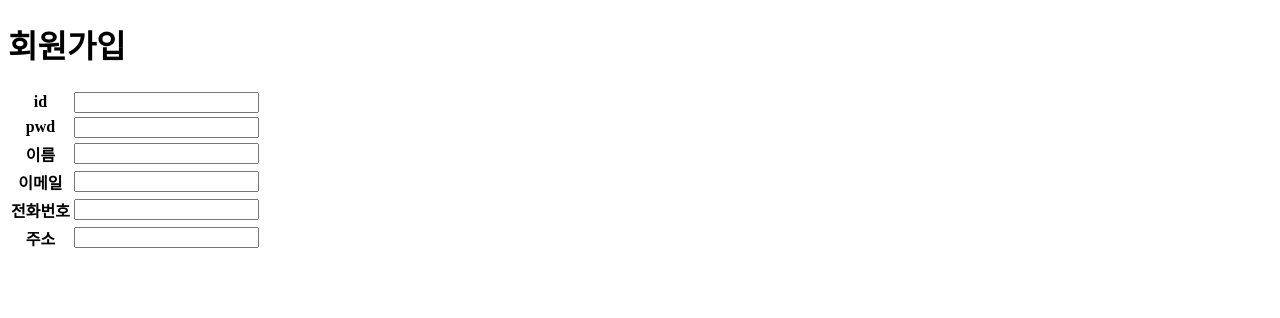
Repository: sdfg6213/clonecoding
Page: http://localhost/myweb2/member/join.jsp
An editor plug-in stored every save of this project. The page is shown before and after the next save, followed by the edit.
The browser window is 1280 px wide. The pictures show the whole page.
The page is served by Tomcat 9.

Above is the page before, as saved 2025-04-29 06:41:28.

After the next save:
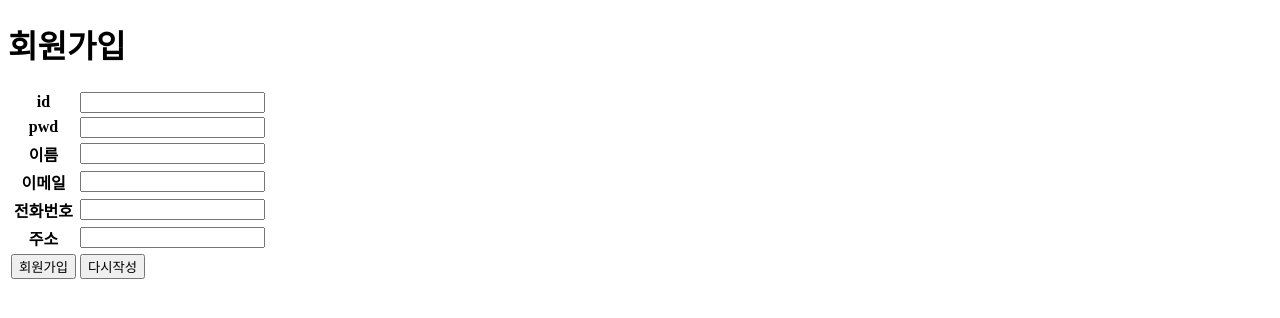
Saved 52 s later.
--- a/myweb2/src/main/webapp/member/join.jsp
+++ b/myweb2/src/main/webapp/member/join.jsp
@@ -27,6 +27,9 @@
 	<tr>
 		<th>주소
 		<td><input type="text" name="addr">
+	<tr>
+		<td><input type="submit" value="회원가입">
+		<td><input type="reset" value="다시작성">
 </table>
 </body>
 </html>
